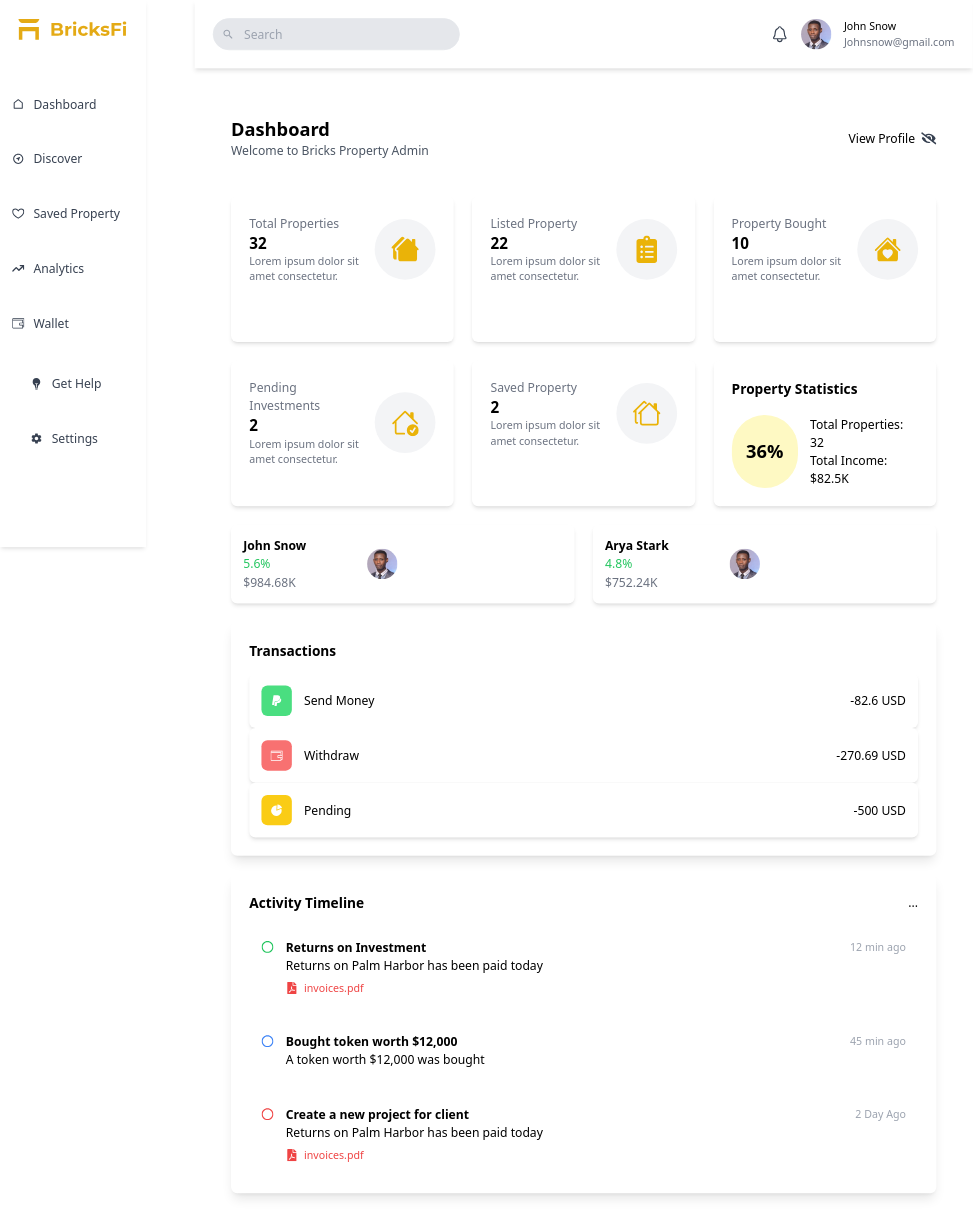
Repository: AyomideAkintade/BricksFi-Frontend
Page: /dashboard (app in client/)
An editor plug-in stored every save of this project. The page is shown before and after a run of saves, followed by the edit.
The browser window is 1280 px wide. The pictures show the whole page, at 76% of full size.
The page's requests for data from a server got no answer. The project was rebuilt for these pictures with package versions that can differ from the ones it lists, and the page was loaded fresh each time. No one was signed in, and anything a server would have sent is missing. Also part of the build but not shown: client/src/components/navbar.jsx, client/src/components/home.jsx, client/src/components/homeSecond.jsx, client/src/components/homeThird.jsx, client/src/components/homeFifth.jsx, client/src/components/homeSixth.jsx, client/src/components/homeSeventh.jsx, client/src/api/base.js and 11 more.

Above is the page before, as saved 2024-10-04 23:04:07.

After the next 2 saves:
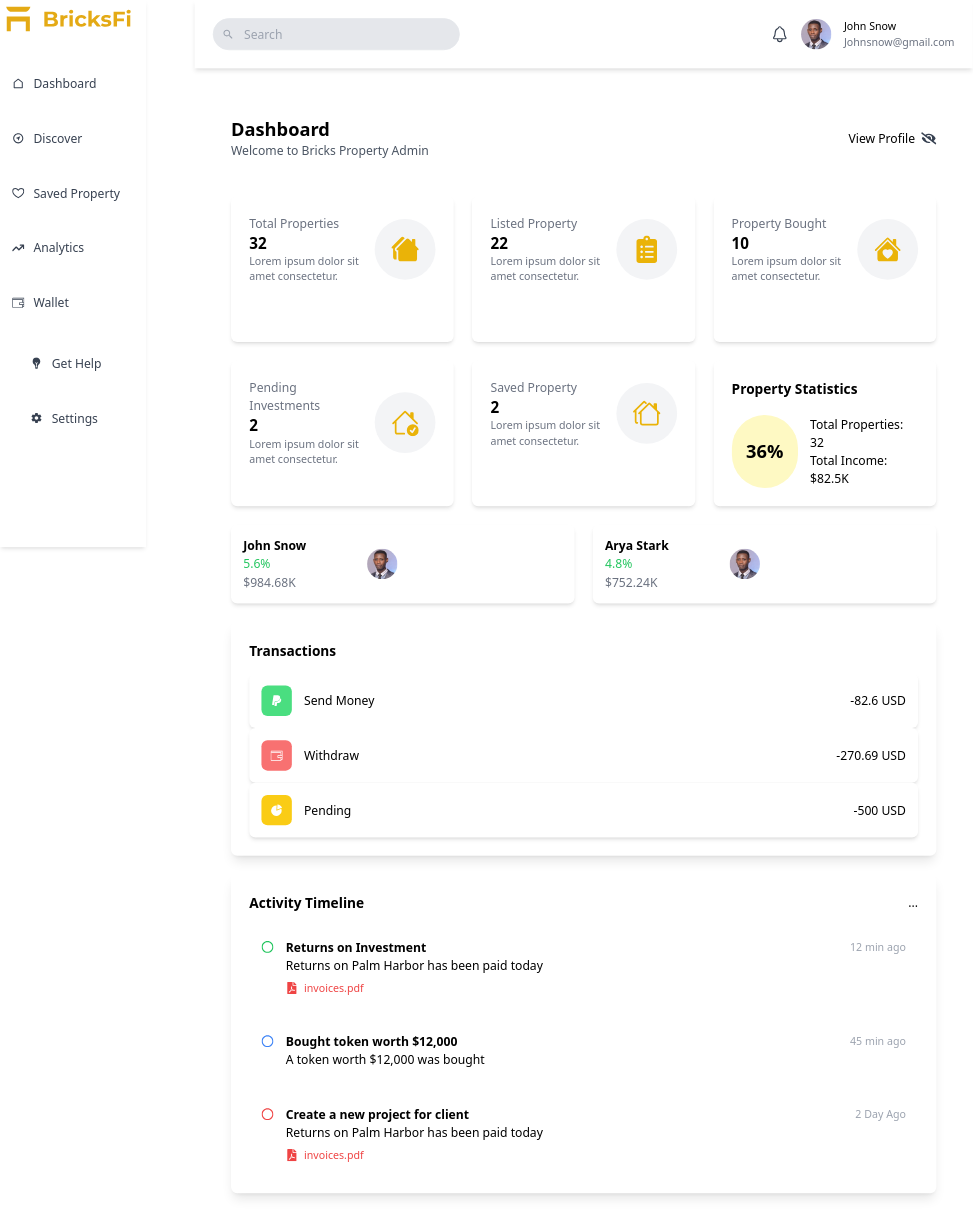
The 2 saves are shown as one change because they came seconds apart.
The last was saved 25 s later.
--- a/client/src/components/sidebar.jsx
+++ b/client/src/components/sidebar.jsx
@@ -12,7 +12,7 @@
 const Sidebar = () => {
   return (
     <aside className="bg-white h-screen w-[15%] fixed left-0 top-0 shadow-md">
-      <div className="p-6 text-yellow-500 text-2xl font-bold">
+      <div className="p-2">
         <img
         src={BricksFi}
         alt='BricksFi'

After the save that followed:
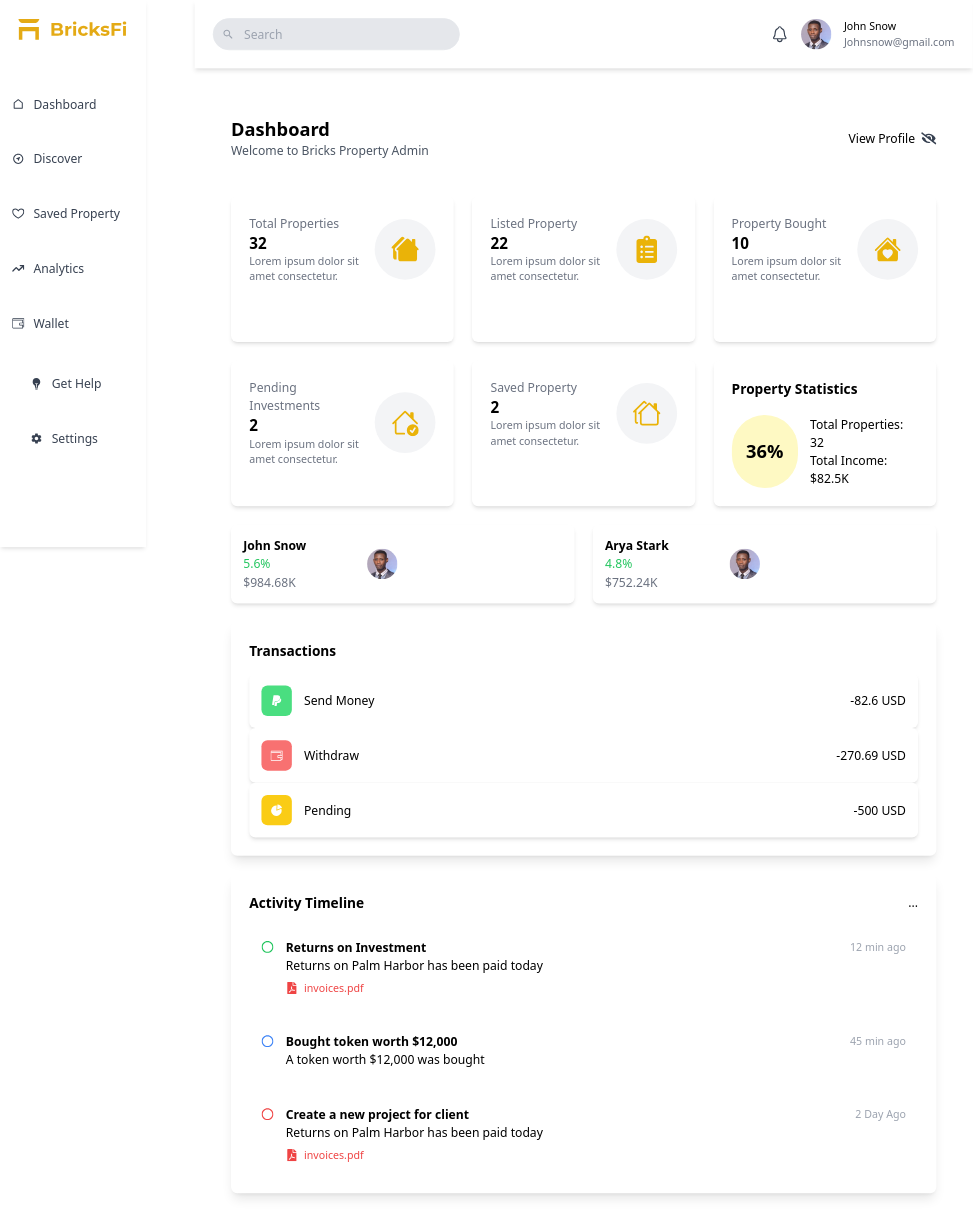
Saved 4 s later.
--- a/client/src/components/sidebar.jsx
+++ b/client/src/components/sidebar.jsx
@@ -12,7 +12,7 @@
 const Sidebar = () => {
   return (
     <aside className="bg-white h-screen w-[15%] fixed left-0 top-0 shadow-md">
-      <div className="p-2">
+      <div className="p-6">
         <img
         src={BricksFi}
         alt='BricksFi'
